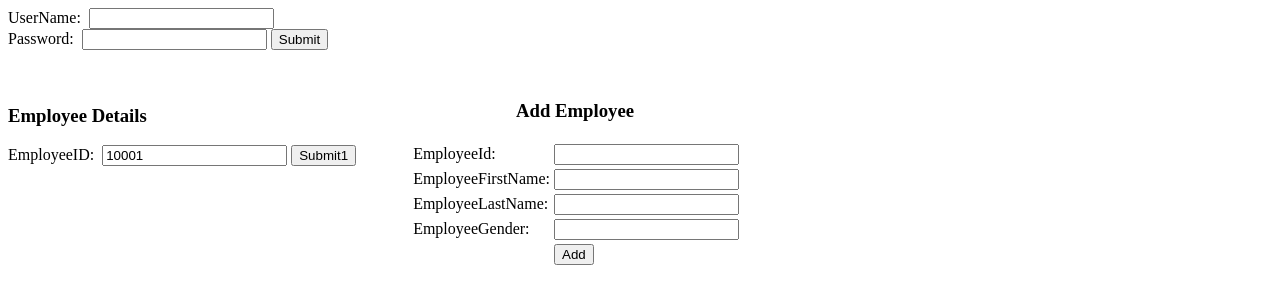
Repository: sandeep27y/MavenWebAppMultiModule-Servlets
Page: http://localhost/EmployeeApplication/LogIn.jsp
The author's editor kept a copy of each file at every save. The page is drawn from the files as they stood at one save, then again after the next save.
The browser window is 1280 px wide. The pictures show the whole page.
The page is served by Tomcat 9.

Above is the page before, as saved 2017-06-10 20:12:57.

After the next save:
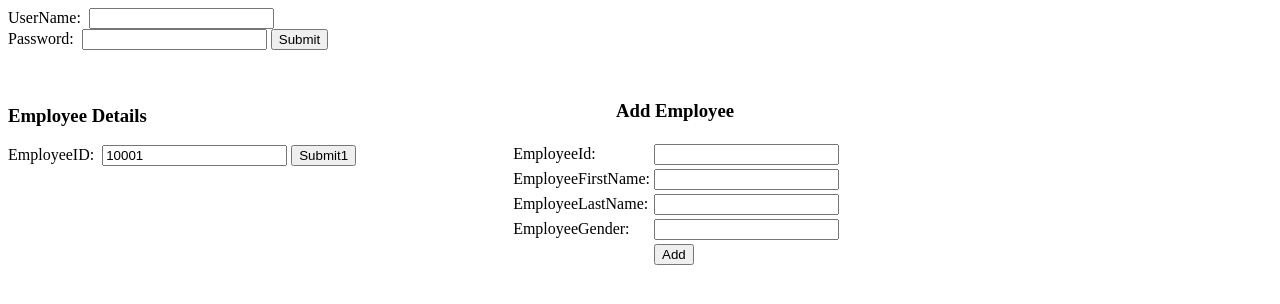
Saved 63 s later.
--- a/MavenWebAppMultiModule-Servlets/EmployeeMultiModule/EmployeeApplication/src/main/webapp/LogIn.jsp
+++ b/MavenWebAppMultiModule-Servlets/EmployeeMultiModule/EmployeeApplication/src/main/webapp/LogIn.jsp
@@ -20,7 +20,7 @@ EmployeeID: &nbsp;<input type="text" name="employeeId" value="10001">
 <input type="Submit" value="Submit1"><br>
 </form>
 </div>
-<div align="right" style="margin-top: -85px; margin-right: 530px">
+<div align="right" style="margin-top: -85px; margin-right: 430px">
 <form action="/EmployeeApplication/add" method="post">
 <h3 style="margin-right: 108px">Add Employee</h3>
 <table>
